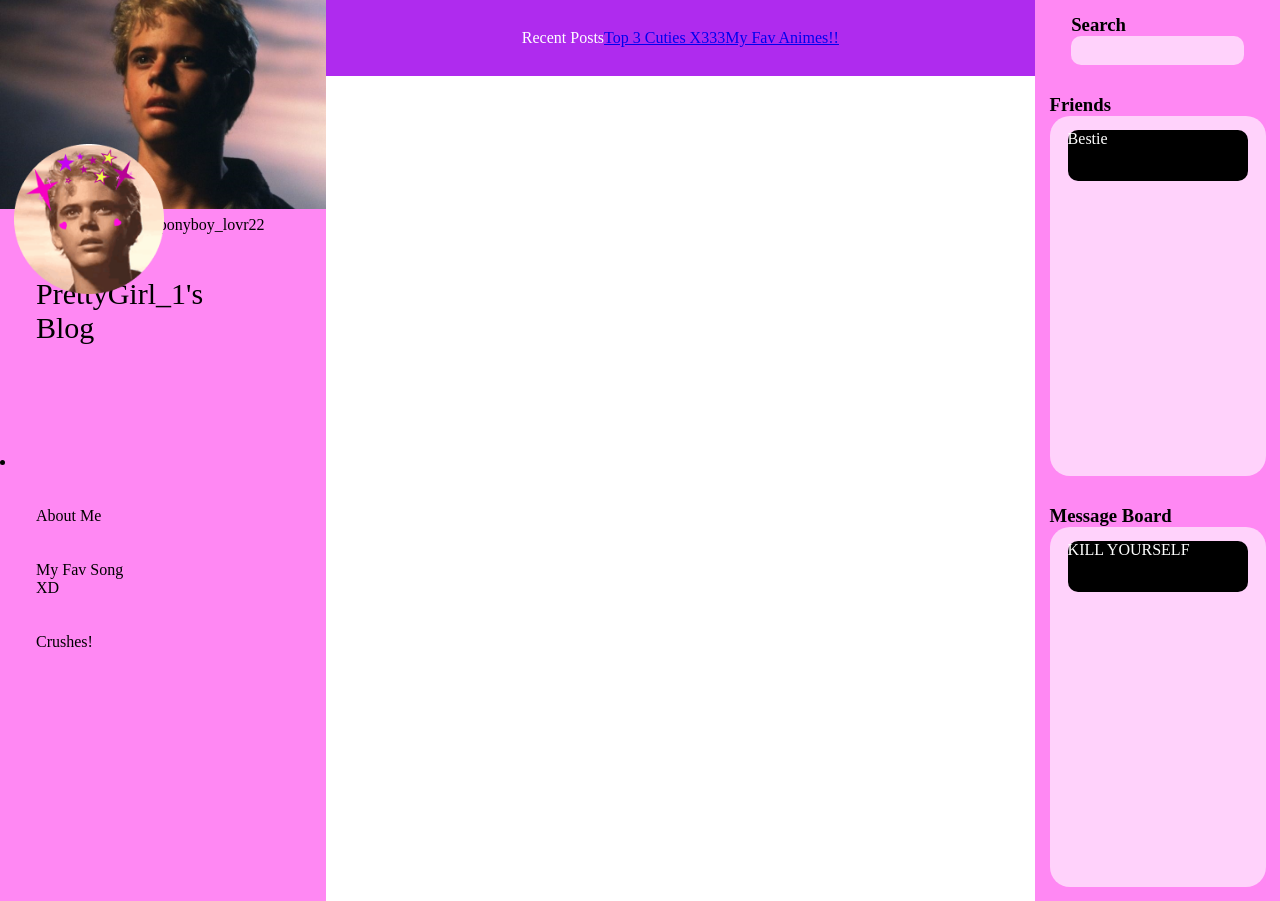
Repository: Jennica1/Frontend-Final
Page: index.html
An editor plug-in stored every save of this project. The page is shown before and after the next save, followed by the edit.
The browser window is 1280 px wide. The pictures show the whole page.

Above is the page before, as saved 2024-05-16 20:38:57.

After the next save:
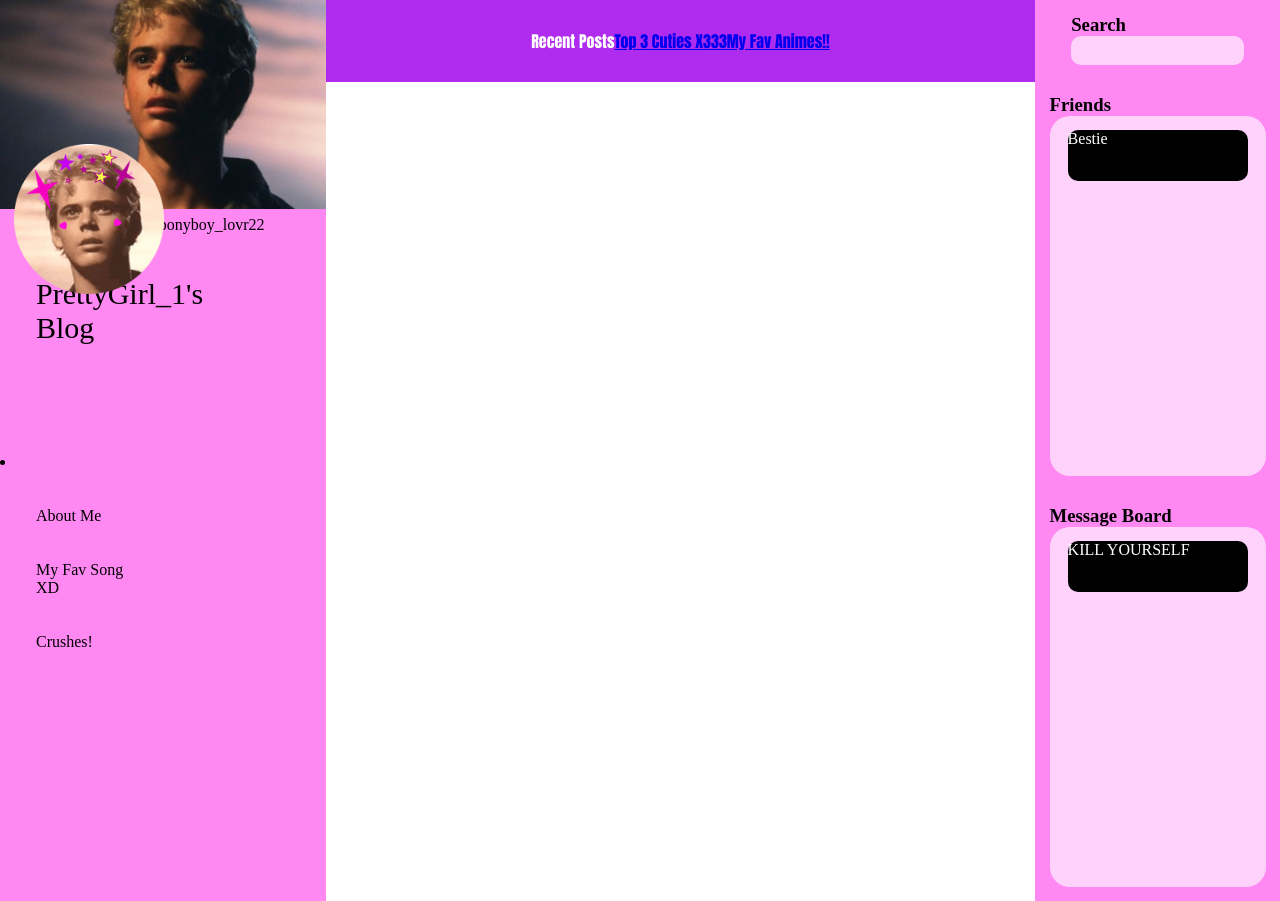
Saved 4 min 10 s later.
--- a/style.css
+++ b/style.css
@@ -146,7 +146,7 @@
   color: #ffffff;
   display: flex;
   justify-content: center;
-  font-family: enthusiatic;
+  font-family: Impact, Haettenschweiler, 'Arial Narrow Bold', sans-serif;
 }
 
 .main-content {
